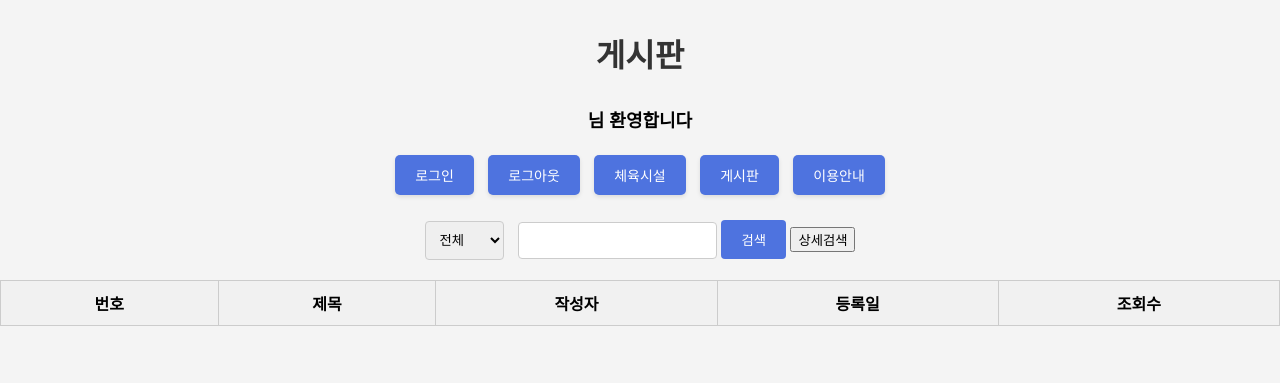
Repository: shinyunseok/portfolio1
Page: http://localhost/portfolio/WEB-INF/board/getBoard.jsp
These files come from the project's save history. The page is drawn as it stood at one moment and after the next save; the edit follows.
The browser window is 1280 px wide. The pictures show the whole page.
The page is served by Tomcat 10. Nobody is signed in. Other server files are loaded and not shown. The template is opened directly, without the code that normally fills it, so the values that code supplies are empty.

Above is the page before, as saved 2023-05-26 06:06:08.

### portfolio/src/main/webapp/WEB-INF/board/getBoard.jsp
<%@ page language="java" contentType="text/html; charset=UTF-8"
    pageEncoding="UTF-8"%>
<%@ taglib prefix="c" uri="http://java.sun.com/jsp/jstl/core" %>
<!DOCTYPE html>
<html>
<script>
function toggleAdvancedSearch() {
	var advancedSearchDiv = document.getElementById("advancedSearchDiv");
	advancedSearchDiv.style.display = (advancedSearchDiv.style.display === "none") ? "block" : "none";
}
</script>
<head>
<meta charset="UTF-8">
<style>
/* 전체 페이지 스타일 */
body {
    font-family: Arial, sans-serif;
    background-color: #f4f4f4;
    margin: 0;
    padding: 0;
}

/* 컨테이너 스타일 */
.container {
    max-width: 800px;
    margin: 0 auto;
    padding: 20px;
}

/* 제목 스타일 */
h1 {
    text-align: center;
    margin: 30px 0;
    color: #333;
}

/* 내비게이션 스타일 */
.navigation {
    margin-bottom: 20px;
    text-align: center;
}

.navigation h3 {
    margin-top: 0;
    font-size: 18px;
}

.navigation a {
    display: inline-block;
    margin: 5px;
    padding: 10px 20px;
    text-decoration: none;
    color: #fff;
    background-color: #4e73df;
    border-radius: 5px;
    transition: background-color 0.3s;
    font-size: 14px;
    border: none;
    cursor: pointer;
    box-shadow: 0 2px 4px rgba(0, 0, 0, 0.1);
}

.navigation a:hover {
    background-color: #3756a4;
}

/* 검색창 스타일 */
.search-form {
    display: flex;
    justify-content: center;
    margin-bottom: 20px;
}

.search-form select,
.search-form input[type="text"] {
    padding: 10px;
    border: 1px solid #ccc;
    border-radius: 4px;
}

.search-form select {
    margin-right: 10px;
}

.search-form button[type="submit"] {
    padding: 10px 20px;
    background-color: #4e73df;
    color: #fff;
    border: none;
    border-radius: 4px;
    cursor: pointer;
}

.search-form button[type="submit"]:hover {
    background-color: #3756a4;
}

/* 테이블 스타일 */
table {
    width: 100%;
    border-collapse: collapse;
}

th, td {
    padding: 10px;
    border: 1px solid #ccc;
}

th {
    background-color: #f1f1f1;
    text-align: center;
}

td {
    text-align: left;
}

/* selectEvent 스타일 */
.selectEvent {
    margin-bottom: 20px;
    text-align: center;
}

.selectEvent a {
    display: inline-block;
    margin: 5px;
    padding: 10px 20px;
    text-decoration: none;
    color: #333;
    border: 1px solid #ccc;
    border-radius: 5px;
    transition: background-color 0.3s;
    font-size: 14px;
    cursor: pointer;
}

.selectEvent a:hover {
    background-color: #f1f1f1;
}

/* selectBar 스타일 */
#selectBar {
    text-align: center;
    margin-bottom: 20px;
}

#selectBar select,
#selectBar input[type="text"] {
    padding: 10px;
    border: 1px solid #ccc;
    border-radius: 4px;
}

#selectBar select {
    margin-right: 10px;
}

#selectBar button[type="submit"] {
    padding: 10px 20px;
    background-color: #4e73df;
    color: #fff;
    border: none;
    border-radius: 4px;
    cursor: pointer;
}

#selectBar button[type="submit"]:hover {
    background-color: #3756a4;
}

#selectBar button[type="button"] {
    padding: 10px 20px;
    background-color: #4e73df;
    color: #fff;
    border: none;
    border-radius: 4px;
    cursor: pointer;
}

#selectBar button[type="button"]:hover {
    background-color: #3756a4;
}

/* advancedSearchDiv 스타일 */
#advancedSearchDiv {
    display: none;
    text-align: center;
    margin-bottom: 20px;
    padding-top: 20px;
    border-top: 1px solid #ccc;
}

#advancedSearchDiv label {
    display: block;
    margin-bottom: 10px;
}

#advancedSearchDiv input[type="radio"] {
    margin-right: 5px;
}

</style>




<title>게시판</title>
</head>
<body>
	<h1>게시판</h1>
	<div class="navigation">
    <h3>${user_name}님 환영합니다</h3>
    <c:if test="${empty user_id}">
        <a href="login.do">로그인</a>
    </c:if>
    <a href="logout.do">로그아웃</a>
    <!-- <a href="insertUser.do">회원가입</a> -->
    <a href="getSportList.do">체육시설</a>
    <a href="getBoardList.do">게시판</a>
    <a href="#">이용안내</a>
</div>

<div id="selectBar" style="text-align: center;">
	<select>
		<option>전체</option>
		<option>시설명</option>
		<option>지역</option>
	</select>
	<input type="text" required="검색어를 입력하세요"> <button type="submit">검색</button>
	<button onclick="toggleAdvancedSearch()">상세검색</button>
</div>
<div id="advancedSearchDiv" style="display: none;">
	지역 <input type="radio">장안구<input type="radio">권선구<input type="radio">팔달구<input type="radio">영통구 <br>
	이용날짜 <input type="date"> <br>
	접수상태 <input type="radio"> 예약가능 <input type="radio"> 예약중 <input type="radio"> 예약완료 <br>
	이용요금 <input type="radio"> 유료 <input type="radio"> 무료
</div>
	<table>
		<tr>
			<th>번호</th>
			<th>제목</th>
			<th>작성자</th>
			<th>등록일</th>
			<th>조회수</th>
		</tr>



		<c:forEach items="${getBoardList}" var="board">
		<tr>
			<td>${board.no }</td>
			<td>${board.title }</td>
			<td>${board.board_id } </td>
			<td>${board.regDate } </td>
			<td>${board.cntr } </td>
		</tr>
		</c:forEach>


	</table>

</body>
</html>

After the next save:
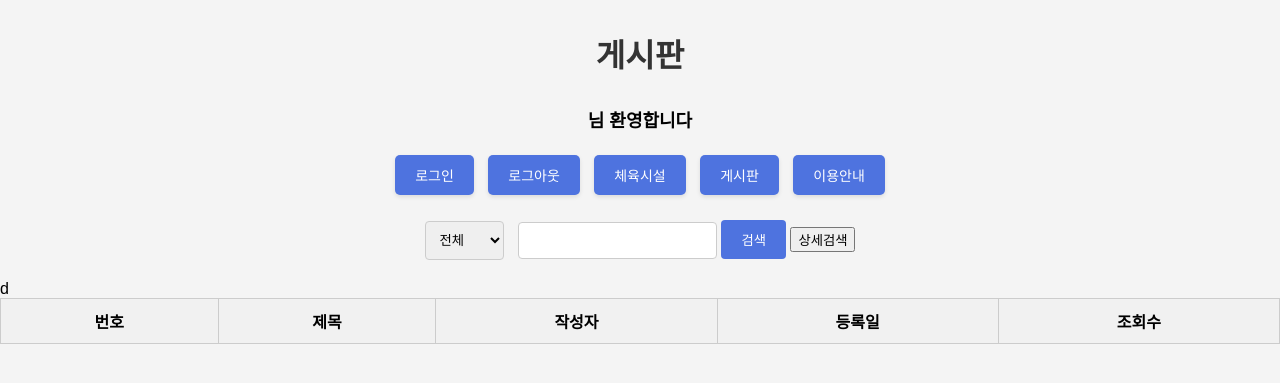
Saved 52 s later.
--- a/portfolio/src/main/webapp/WEB-INF/board/getBoard.jsp
+++ b/portfolio/src/main/webapp/WEB-INF/board/getBoard.jsp
@@ -256,7 +256,7 @@
 		</tr>
 		</c:forEach>
 
-
+		d
 	</table>
 
 </body>

After the save that followed:
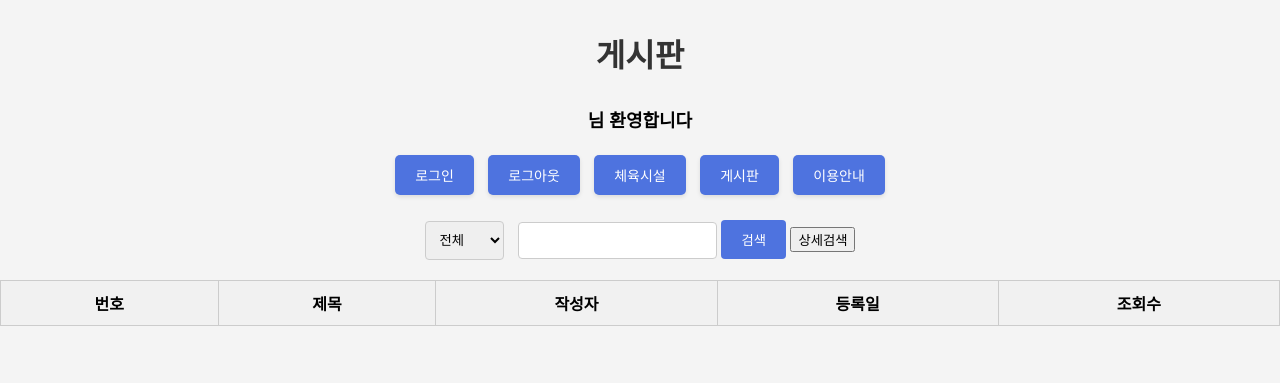
Saved 4 s later.
--- a/portfolio/src/main/webapp/WEB-INF/board/getBoard.jsp
+++ b/portfolio/src/main/webapp/WEB-INF/board/getBoard.jsp
@@ -256,7 +256,6 @@
 		</tr>
 		</c:forEach>
 
-		d
 	</table>
 
 </body>
